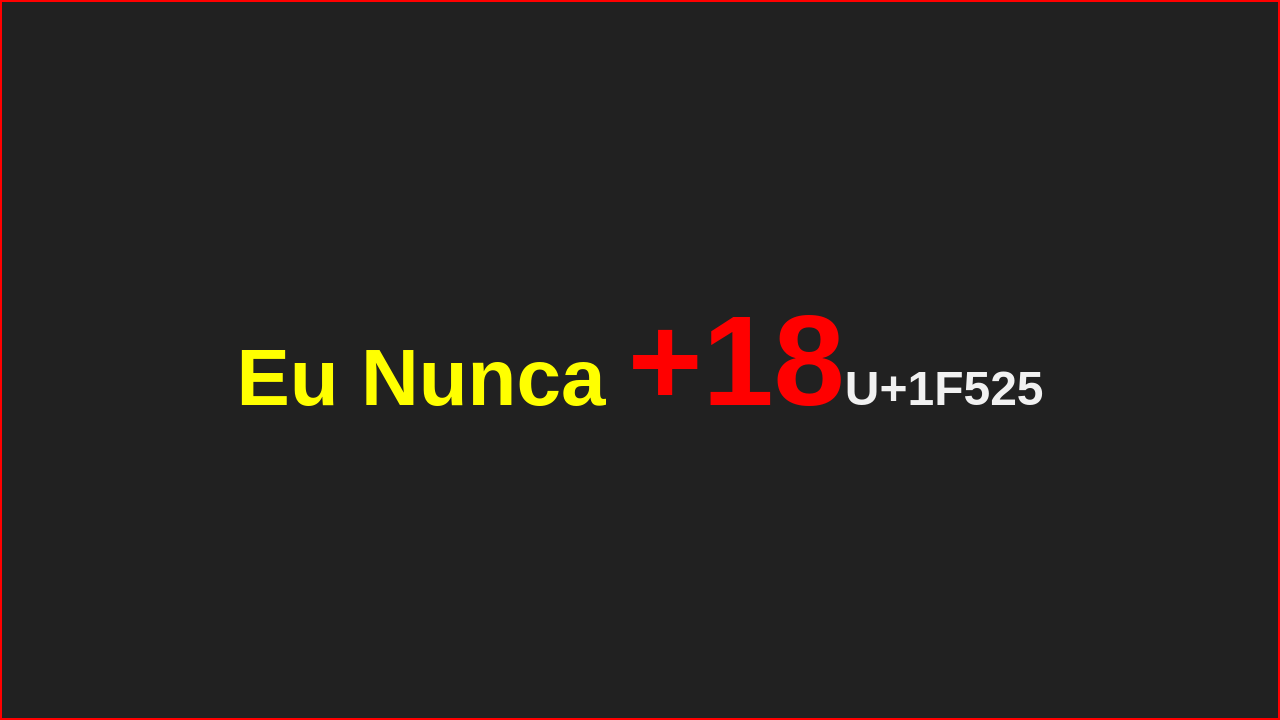
Repository: odiloalmeida/inever
Page: index.html
These files come from the project's save history. The page is drawn as it stood at one moment and after the next save; the edit follows.
The browser window is 1280 px wide. The pictures show the whole page.

Above is the page before, as saved 2023-01-31 20:22:42.

### index.html
<!DOCTYPE html>
<html lang="en">
<head>
    <meta charset="UTF-8">
    <meta http-equiv="X-UA-Compatible" content="IE=edge">
    <meta name="viewport" content="width=device-width, initial-scale=1.0">
    <link rel="stylesheet" href="./style.css">
    <title>18+ I Never</title>

</head>

<body>
    <button id="myButton" onclick="changeButtonName()"><span>Eu Nunca </span> <span2>+18</span2>U+1F525</button>
</body>

<script>

    function changeButtonName() {
        var button = document.getElementById("myButton");

        var names = ["Beijei alguém dessa turma",
        "Senti atração por alguém dessa turma",
        "Tomei banho pelado na praia/piscina",
        "Fiquei com um professor",
        "Fiquei com um amigo e me arrependi",
        "Fiquei com um amigo e não disse pra ninguém",
        "Menti sobre ter ficado com uma pessoa",
        "Bebi tanto que beijei alguém que não queria",
        "Bebi tanto que esqueci tudo no outro dia",
        "Vi um nudes de alguém dessa turma",
        "Desejei o namorado/namorada de um amigo",
        "Fiquei com alguém por interesse",
        "Acelerei o ato sexual por que o oral estava ruim",
        "Bebi pra ter coragem de chegar numa pessoa",
        "Transei na escola/faculdade",
        "Transei no chão",
        "Fiz sexo oral enquanto a pessoa trabalhava",
        "Fiz sexo oral enquanto a pessoa dirigia",
        "Usei fantasias sexuais",
        "Usei plug anal",
        "Usei um vibrador",
        "Fiquei com alguém depois neguei pra todo mundo",
        "Disse pra uma pessoa que a amava sem amar",
        "Transei no carro",
        "Broxei no meio do ato sexual",
        "Desisti de ficar com uma pessoa por que ela estava fedendo",
        "Fui chupar e estava fedendo muito e desisti",
        "Me masturbei depois do ato sexual por que não conseguir “chegar lá” com o parceiro",
        "Fiquei com dois amigos ao mesmo tempo sem eles saberem",
        "Parei o ato sexual para ir fazer xixi",
        "Fiz a chuca",
        "Transei na rua",
        "Paguei por sexo",
        "Fiz sexo por dinheiro"

        ];

        var randomName = names[Math.floor(Math.random() * names.length)];
        button.innerHTML = randomName;
    }

</script>

</html>

### style.css
* {
    padding: 0;
    margin: 0;
    box-sizing: border-box;
}

body {
    width: 100vw;
    height: 100vh;
    background-color: #212121;
    display: flex;
    flex-direction: column;
    align-items: center;
    justify-content: center;
}

button {
    background-color: transparent;
    height: 100vh;
    width: 100vw;
    border: red 2px solid;
    color: #f1f1f1;
    font-weight: bold;
    font-size: 3rem;
    padding: 5px;
}

button span {
    color: yellow;
    font-size: 5rem;
}

button span2 {
    color: red;
    font-size: 8rem;
}

After the next save:
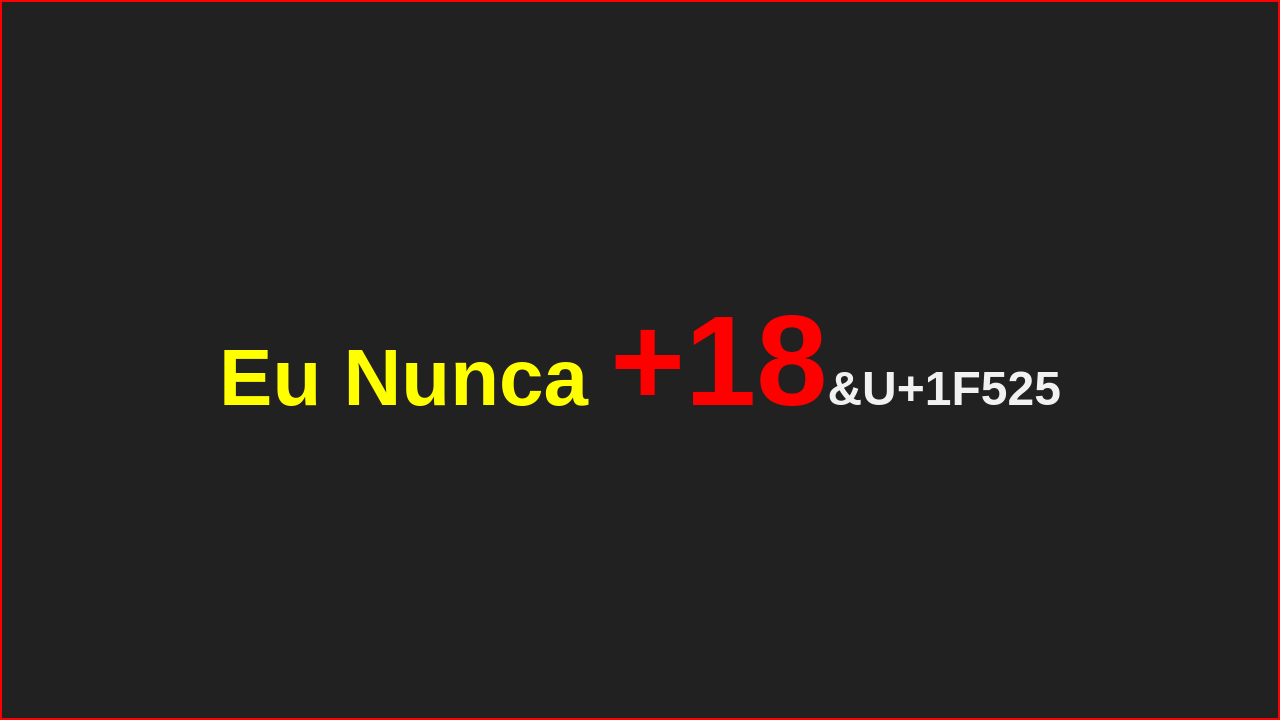
Saved 33 s later.
--- a/index.html
+++ b/index.html
@@ -10,7 +10,7 @@
 </head>
 
 <body>
-    <button id="myButton" onclick="changeButtonName()"><span>Eu Nunca </span> <span2>+18</span2>U+1F525</button>
+    <button id="myButton" onclick="changeButtonName()"><span>Eu Nunca </span> <span2>+18</span2>&U+1F525</button>
 </body>
 
 <script>
